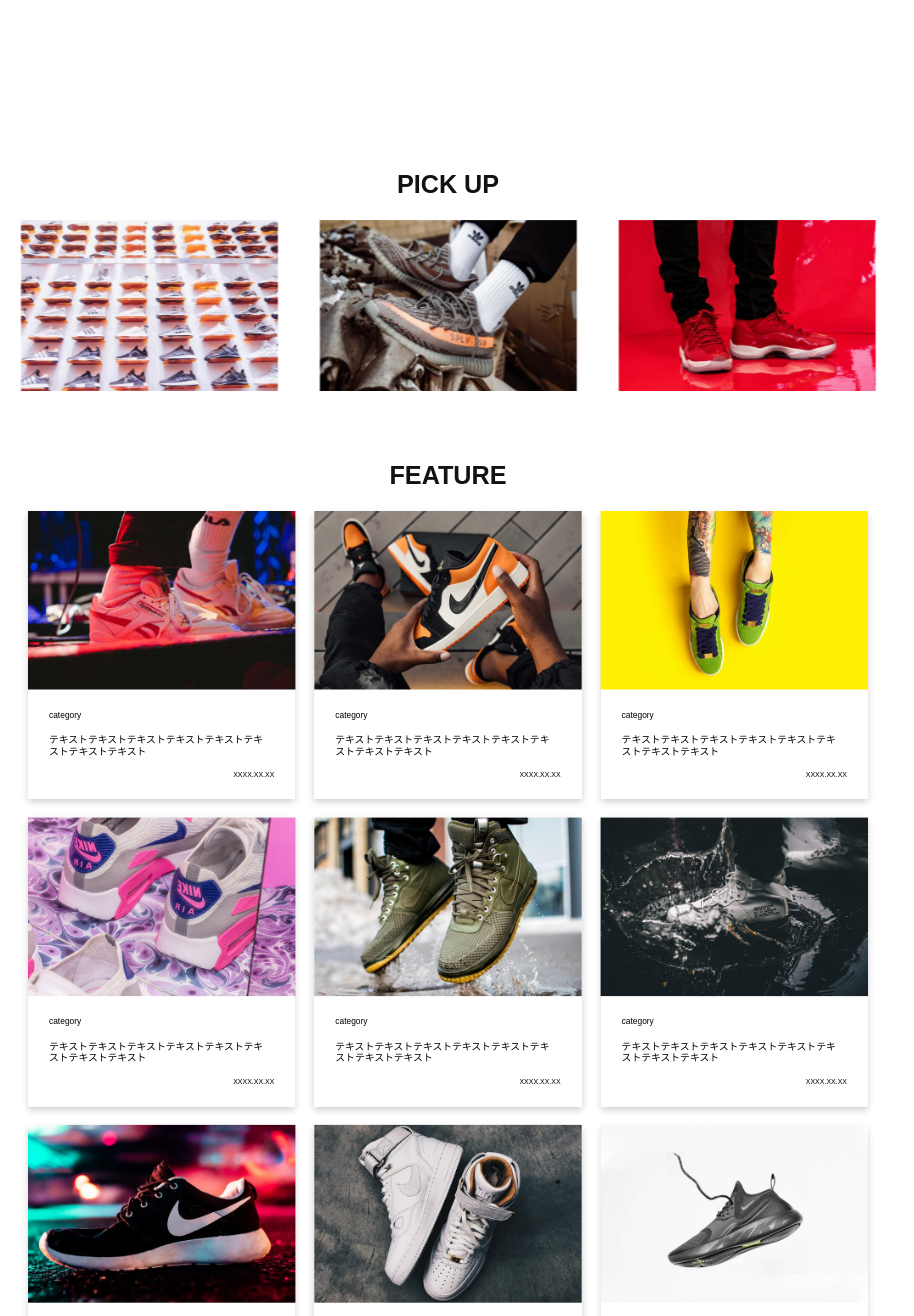
Repository: mosak0217/sneakers
Page: index.html
These files come from the project's save history. The page is drawn as it stood at one moment and after a run of saves; the edit follows.
The browser window is 1280 px wide. The page is 1305 px wide, so the pictures cover 1305 px, including what lies to the right of the window. The pictures show the part of the page from y = 580 to 2460 px (the page is 3275 px tall), at 70% of full size.
Pictures or frames that could not be fetched are drawn as grey boxes. The style sheet was rebuilt from its Sass, Less or Tailwind sources for each picture, by a compiler version that may differ from the author's.

Above is the page before, as saved 2022-06-11 16:04:13.

After the next 2 saves:
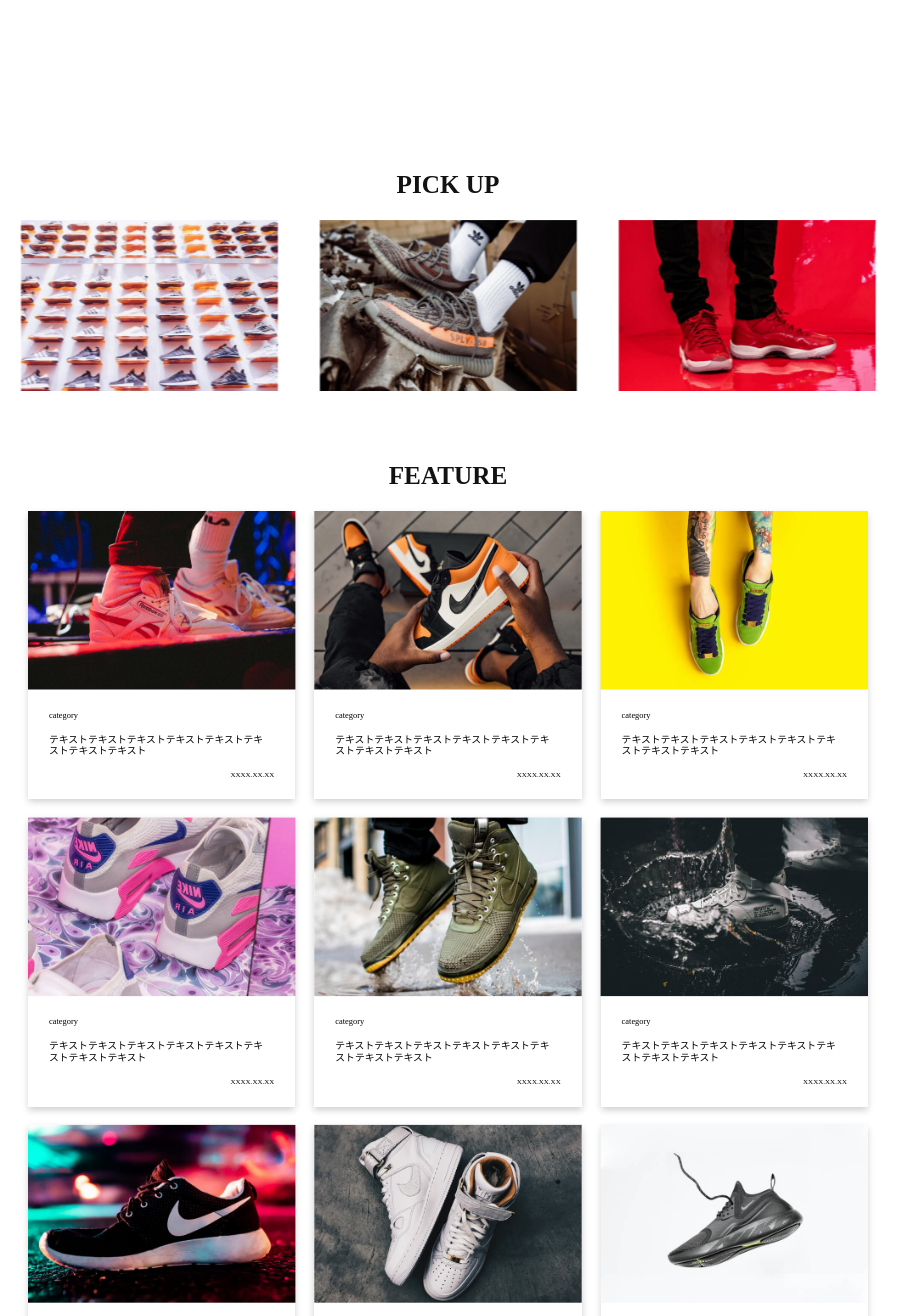
The 2 saves are shown as one change because they came seconds apart.
The last was saved 9 s later.
--- a/sass/style.scss
+++ b/sass/style.scss
@@ -6,7 +6,7 @@
 
 body {
   width: 100%;
-  font-family: 'Arial' ;
+  font-family: 'Arial' 'H';
 }
 
 img {
